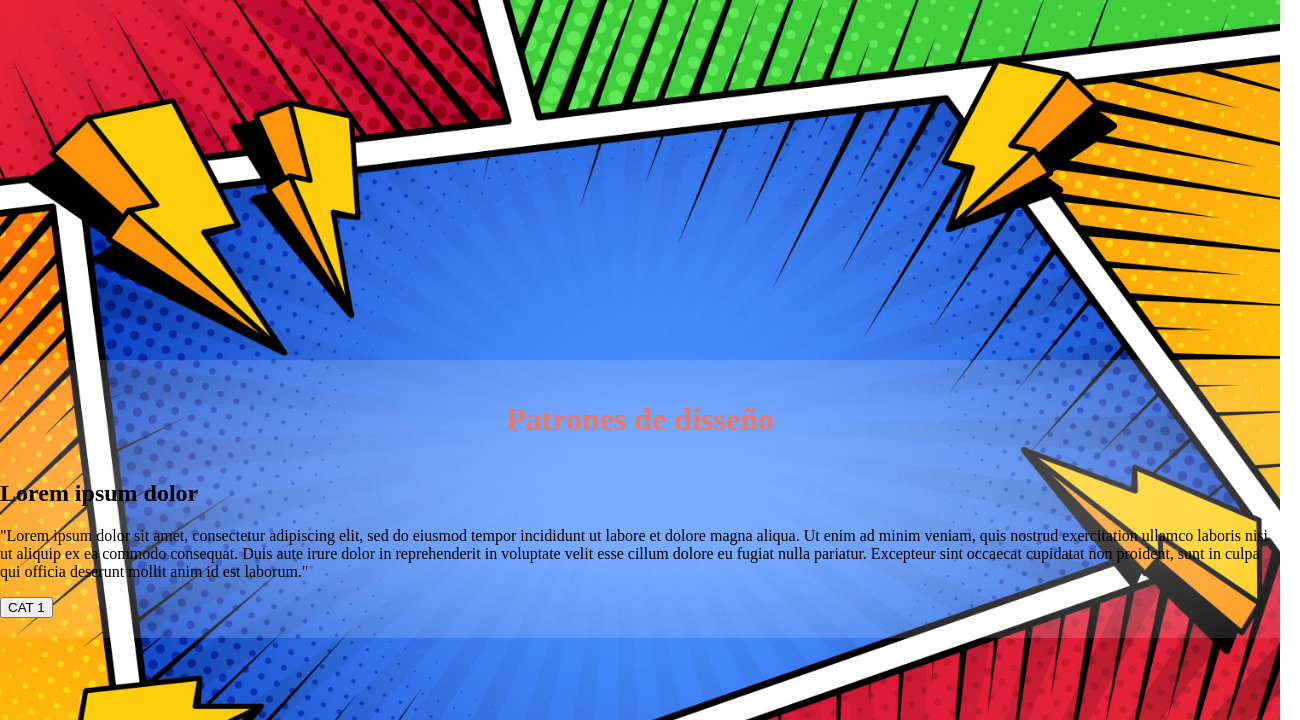
Repository: nrsWebs/design-pattern-es
Page: index.html
An editor plug-in stored every save of this project. The page is shown before and after the next save, followed by the edit.
The browser window is 1280 px wide. The page is 1300 px wide, so the pictures cover 1300 px, including what lies to the right of the window. The pictures show the whole page.

Above is the page before, as saved 2021-02-06 19:33:47.

After the next save:
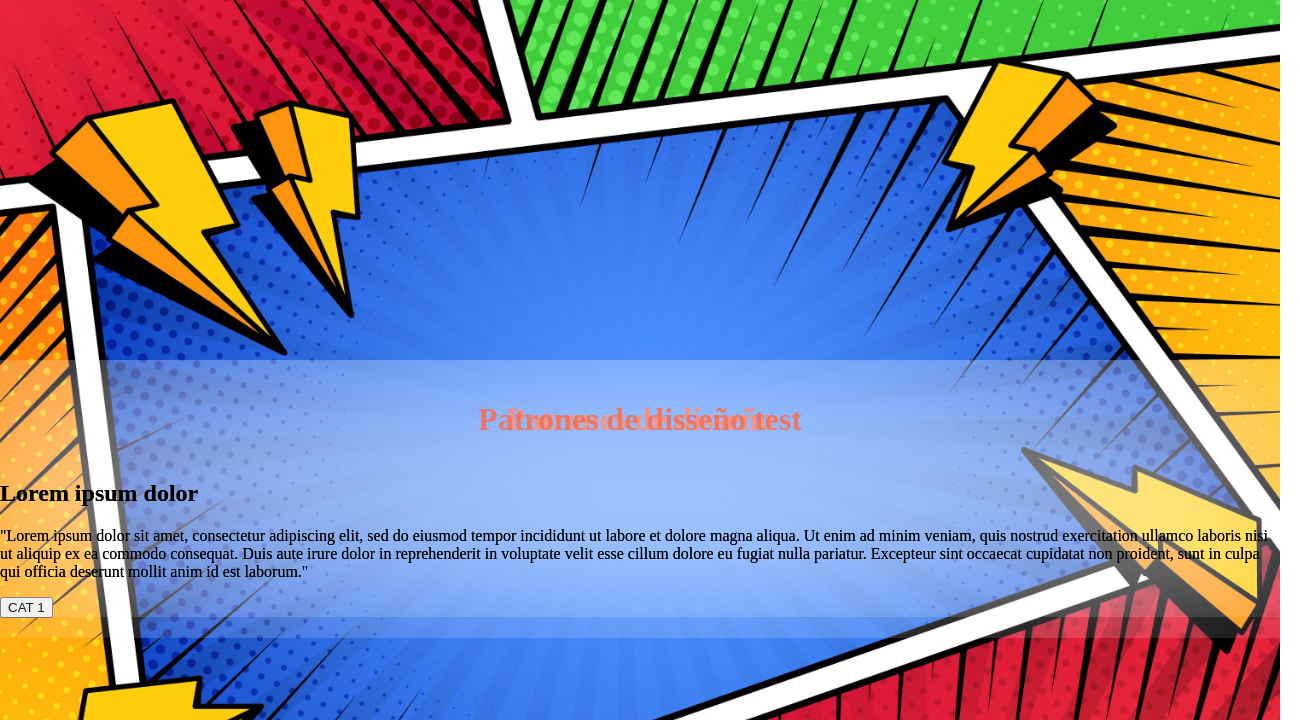
Saved 15 s later.
--- a/index.html
+++ b/index.html
@@ -15,7 +15,7 @@
                 <button class="linker" data-link="cat-1">CAT 1</button>
             </div>
         </div>
-        <div id="cat-1" class="box hidden-container">
+        <div id="cat-1" class="box no-opacity">
             <div class="glass"></div>
             <h1>Patrones de disseño test</h1>
             <div class="information">

After the save that followed:
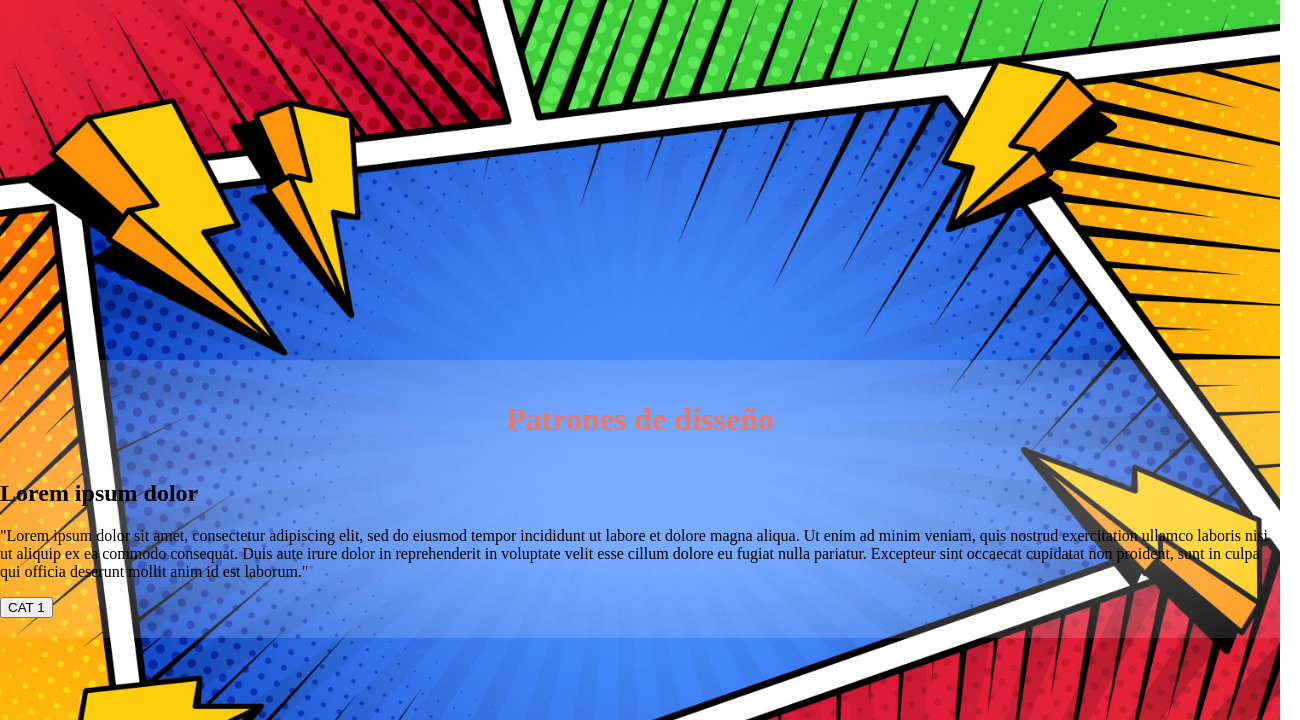
Saved 16 s later.
--- a/source/main.css
+++ b/source/main.css
@@ -3,6 +3,9 @@
     --secondary:  #E94F37;
 }
 body .hidden-container{
+    display: none;;
+}
+body .no-opacity{
     display: none;;
 }
 body {
